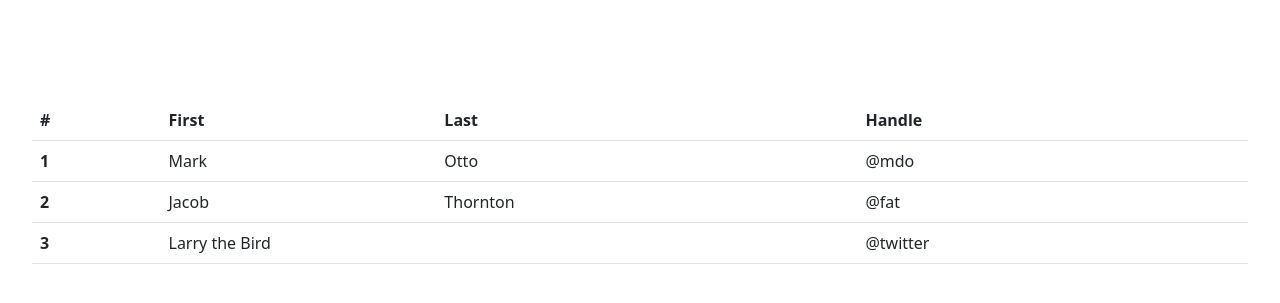
Repository: LCLY/location
Page: /
An editor plug-in stored every save of this project. The page is shown before and after the next save, followed by the edit.
The browser window is 1280 px wide. The pictures show the whole page.
The page's requests for data from a server got no answer. The project was rebuilt for these pictures with package versions that can differ from the ones it lists, and the page was loaded fresh each time. The framework's server and built-in components were replaced by stand-ins that run in the browser. No one was signed in, and anything a server would have sent is missing. Also part of the build but not shown: next.config.js.

Above is the page before, as saved 2022-09-12 17:16:18.

After the next save:
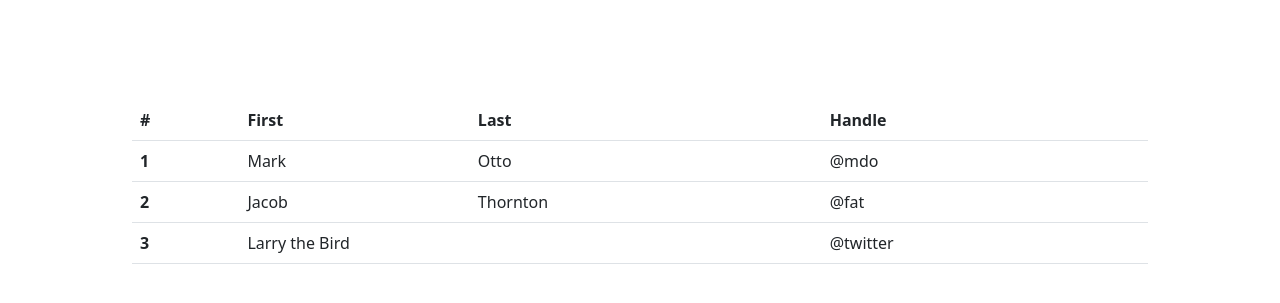
Saved 42 s later.
--- a/pages/index.js
+++ b/pages/index.js
@@ -33,35 +33,37 @@ export default function Home() {
 				<meta name='description' content='Generated by create next app' />
 				<link rel='icon' href='/favicon.ico' />
 			</Head>
-			<table className={`table ${styles.main__table}`}>
-				<thead>
-					<tr>
-						<th scope='col'>#</th>
-						<th scope='col'>First</th>
-						<th scope='col'>Last</th>
-						<th scope='col'>Handle</th>
-					</tr>
-				</thead>
-				<tbody>
-					<tr>
-						<th scope='row'>1</th>
-						<td>Mark</td>
-						<td>Otto</td>
-						<td>@mdo</td>
-					</tr>
-					<tr>
-						<th scope='row'>2</th>
-						<td>Jacob</td>
-						<td>Thornton</td>
-						<td>@fat</td>
-					</tr>
-					<tr>
-						<th scope='row'>3</th>
-						<td colspan='2'>Larry the Bird</td>
-						<td>@twitter</td>
-					</tr>
-				</tbody>
-			</table>
+			<div className={styles.main__table}>
+				<table className={`table`}>
+					<thead>
+						<tr>
+							<th scope='col'>#</th>
+							<th scope='col'>First</th>
+							<th scope='col'>Last</th>
+							<th scope='col'>Handle</th>
+						</tr>
+					</thead>
+					<tbody>
+						<tr>
+							<th scope='row'>1</th>
+							<td>Mark</td>
+							<td>Otto</td>
+							<td>@mdo</td>
+						</tr>
+						<tr>
+							<th scope='row'>2</th>
+							<td>Jacob</td>
+							<td>Thornton</td>
+							<td>@fat</td>
+						</tr>
+						<tr>
+							<th scope='row'>3</th>
+							<td colspan='2'>Larry the Bird</td>
+							<td>@twitter</td>
+						</tr>
+					</tbody>
+				</table>{" "}
+			</div>
 		</div>
 	);
 }
